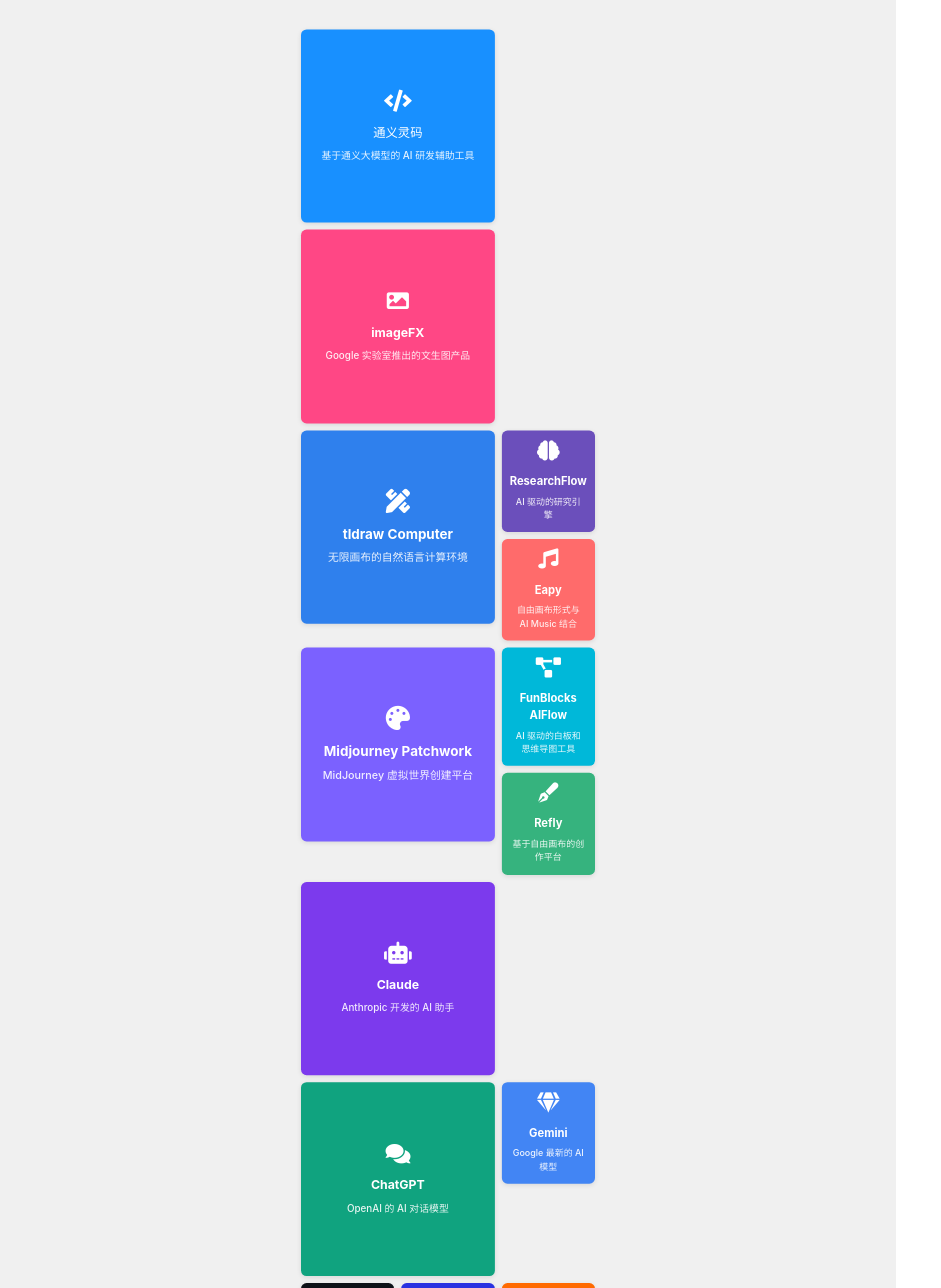
Repository: muyehub/ai-nav
Page: /
These files come from the project's save history. The page is drawn as it stood at one moment and after the next save; the edit follows.
The browser window is 1280 px wide. The page is 1280 px wide, then 1344 px, so the pictures cover 1344 px, including what lies to the right of the window. The pictures show the part of the page from y = 0 to 1840 px (the page is 3619 px tall before and 4116 px after), at 70% of full size.
The project was rebuilt for these pictures with package versions that can differ from the ones it lists, and the page was loaded fresh each time. Also part of the build but not shown: vite.config.ts.

Above is the page before, as saved 2025-02-25 14:49:58.

### index.html
<!DOCTYPE html>
<html lang="en">
  <head>
    <meta charset="UTF-8" />
    <link rel="icon" type="image/svg+xml" href="/vite.svg" />
    <meta name="viewport" content="width=device-width, initial-scale=1.0" />
    <title>Metro 导航</title>
    <link rel="stylesheet" href="https://cdnjs.cloudflare.com/ajax/libs/font-awesome/5.15.4/css/all.min.css">
  </head>
  <body>
    <div id="app"></div>
    <script type="module" src="/src/main.ts"></script>
  </body>
</html>

### src/App.vue
<template>
  <div class="container">
    <div class="grid">
      <NavCard
        title="通义灵码"
        description="基于通义大模型的 AI 研发辅助工具"
        icon="fas fa-code"
        bgColor="#1890ff"
        link="https://tongyi.aliyun.com/lingma"
        size="medium"
      />
      <NavCard
        title="imageFX"
        description="Google 实验室推出的文生图产品"
        icon="fas fa-image"
        bgColor="#FF4785"
        link="https://imagefx.google"
        size="medium"
      />
      <NavCard
        title="tldraw Computer"
        description="无限画布的自然语言计算环境"
        icon="fas fa-pencil-ruler"
        bgColor="#2F80ED"
        link="https://tldraw.com"
        size="large"
      />
      <NavCard
        title="ResearchFlow"
        description="AI 驱动的研究引擎"
        icon="fas fa-brain"
        bgColor="#6B4FBB"
        link="https://researchflow.ai"
      />
      <NavCard
        title="Eapy"
        description="自由画布形式与 AI Music 结合"
        icon="fas fa-music"
        bgColor="#FF6B6B"
        link="https://eapy.com"
      />
      <NavCard
        title="Midjourney Patchwork"
        description="MidJourney 虚拟世界创建平台"
        icon="fas fa-palette"
        bgColor="#7B61FF"
        link="https://www.midjourney.com"
        size="large"
      />
      <NavCard
        title="FunBlocks AIFlow"
        description="AI 驱动的白板和思维导图工具"
        icon="fas fa-project-diagram"
        bgColor="#00B8D9"
        link="https://funblocks.ai"
      />
      <NavCard
        title="Refly"
        description="基于自由画布的创作平台"
        icon="fas fa-pen-fancy"
        bgColor="#36B37E"
        link="https://refly.com"
      />
      <NavCard
        title="Claude"
        description="Anthropic 开发的 AI 助手"
        icon="fas fa-robot"
        bgColor="#7C3AED"
        link="https://claude.ai"
        size="medium"
      />
      <NavCard
        title="ChatGPT"
        description="OpenAI 的 AI 对话模型"
        icon="fas fa-comments"
        bgColor="#10A37F"
        link="https://chat.openai.com"
        size="medium"
      />
      <NavCard
        title="Gemini"
        description="Google 最新的 AI 模型"
        icon="fas fa-gem"
        bgColor="#4285F4"
        link="https://gemini.google.com"
      />
      <NavCard
        title="Copilot"
        description="微软和 OpenAI 的 AI 助手"
        icon="fas fa-terminal"
        bgColor="#0D1117"
        link="https://copilot.microsoft.com"
      />
      <NavCard
        title="文心一言"
        description="百度的 AI 对话模型"
        icon="fas fa-comment-dots"
        bgColor="#2932E1"
        link="https://yiyan.baidu.com"
      />
      <NavCard
        title="通义千问"
        description="阿里的 AI 对话模型"
        icon="fas fa-lightbulb"
        bgColor="#FF6A00"
        link="https://qianwen.aliyun.com"
      />
      <NavCard
        title="讯飞星火"
        description="科大讯飞的认知大模型"
        icon="fas fa-star"
        bgColor="#FF4D4F"
        link="https://xinghuo.xfyun.cn"
      />
      <NavCard
        title="Stable Diffusion"
        description="开源图像生成模型"
        icon="fas fa-paint-brush"
        bgColor="#7B61FF"
        link="https://stability.ai"
        size="large"
      />
      <NavCard
        title="Midjourney"
        description="AI 图像生成服务"
        icon="fas fa-image"
        bgColor="#1A1A1A"
        link="https://www.midjourney.com"
        size="medium"
      />
      <NavCard
        title="DALL·E"
        description="OpenAI 的图像生成模型"
        icon="fas fa-palette"
        bgColor="#FF4785"
        link="https://openai.com/dall-e-3"
      />
      <NavCard
        title="文心一格"
        description="百度的 AI 创作平台"
        icon="fas fa-magic"
        bgColor="#2932E1"
        link="https://yige.baidu.com"
      />
      <NavCard
        title="Runway"
        description="AI 视频生成和编辑"
        icon="fas fa-film"
        bgColor="#000000"
        link="https://runway.ml"
        size="large"
      />
      <NavCard
        title="Synthesia"
        description="AI 视频创作平台"
        icon="fas fa-video"
        bgColor="#6366F1"
        link="https://www.synthesia.io"
      />
      <NavCard
        title="Descript"
        description="AI 驱动的视频编辑器"
        icon="fas fa-edit"
        bgColor="#FF2D55"
        link="https://www.descript.com"
      />
      <NavCard
        title="Murf"
        description="AI 语音生成平台"
        icon="fas fa-microphone"
        bgColor="#7C3AED"
        link="https://murf.ai"
      />
      <NavCard
        title="Notion AI"
        description="集成 AI 的笔记工具"
        icon="fas fa-book"
        bgColor="#000000"
        link="https://notion.so"
        size="medium"
      />
      <NavCard
        title="Jasper"
        description="AI 写作助手"
        icon="fas fa-pen"
        bgColor="#FF7A00"
        link="https://www.jasper.ai"
      />
      <NavCard
        title="Copy.ai"
        description="AI 文案生成工具"
        icon="fas fa-copy"
        bgColor="#2563EB"
        link="https://www.copy.ai"
      />
      <NavCard
        title="Character.ai"
        description="AI 角色对话平台"
        icon="fas fa-user-circle"
        bgColor="#FF6B6B"
        link="https://character.ai"
        size="medium"
      />
    </div>
  </div>
</template>

<script setup lang="ts">
import NavCard from './components/NavCard.vue'
</script>

<style>
body {
  margin: 0;
  padding: 0;
  background-color: #f0f0f0;
  min-height: 100vh;
  font-family: -apple-system, BlinkMacSystemFont, 'Segoe UI', Roboto, Oxygen, Ubuntu, Cantarell, 'Open Sans', 'Helvetica Neue', sans-serif;
}

.container {
  padding: 10px;
  box-sizing: border-box;
  min-height: 100vh;
  width: 100%;
}

.grid {
  display: grid;
  grid-template-columns: repeat(auto-fit, minmax(120px, 1fr));
  gap: 10px;
  width: 100%;
  margin: 0 auto;
}

@media (max-width: 768px) {
  .grid {
    grid-template-columns: repeat(auto-fit, minmax(100px, 1fr));
    gap: 8px;
  }

  .container {
    padding: 8px;
  }
}
</style>

### src/components/NavCard.vue
<template>
  <a :href="link" class="nav-card" :class="size" :style="{ backgroundColor: bgColor }" target="_blank">
    <i :class="icon"></i>
    <h3>{{ title }}</h3>
    <p v-if="description">{{ description }}</p>
  </a>
</template>

<script setup lang="ts">
defineOptions({
  name: 'NavCard'
})

defineProps<{
  title: string
  description?: string
  icon: string
  bgColor: string
  link: string
  size?: 'small' | 'medium' | 'large'
}>()
</script>

<style scoped>
.nav-card {
  display: flex;
  flex-direction: column;
  align-items: center;
  justify-content: center;
  padding: 15px;
  color: white;
  text-decoration: none;
  border-radius: 8px;
  transition: transform 0.3s;
  aspect-ratio: 1;
  box-shadow: 0 2px 8px rgba(0, 0, 0, 0.1);
}

.nav-card:hover {
  transform: translateY(-5px);
  box-shadow: 0 5px 15px rgba(0, 0, 0, 0.2);
}

.large {
  grid-column: span 2;
  grid-row: span 2;
  font-size: 1.2em;
}

.medium {
  grid-column: span 2;
  font-size: 1.1em;
}

i { font-size: 1.8em; margin-bottom: 8px; }
h3 { margin: 8px 0; font-size: 1em; }
p { margin: 0; font-size: 0.8em; opacity: 0.9; text-align: center; }
</style>

Loaded but not shown: src/main.ts (common file); src/style.css (common file)

After the next save:
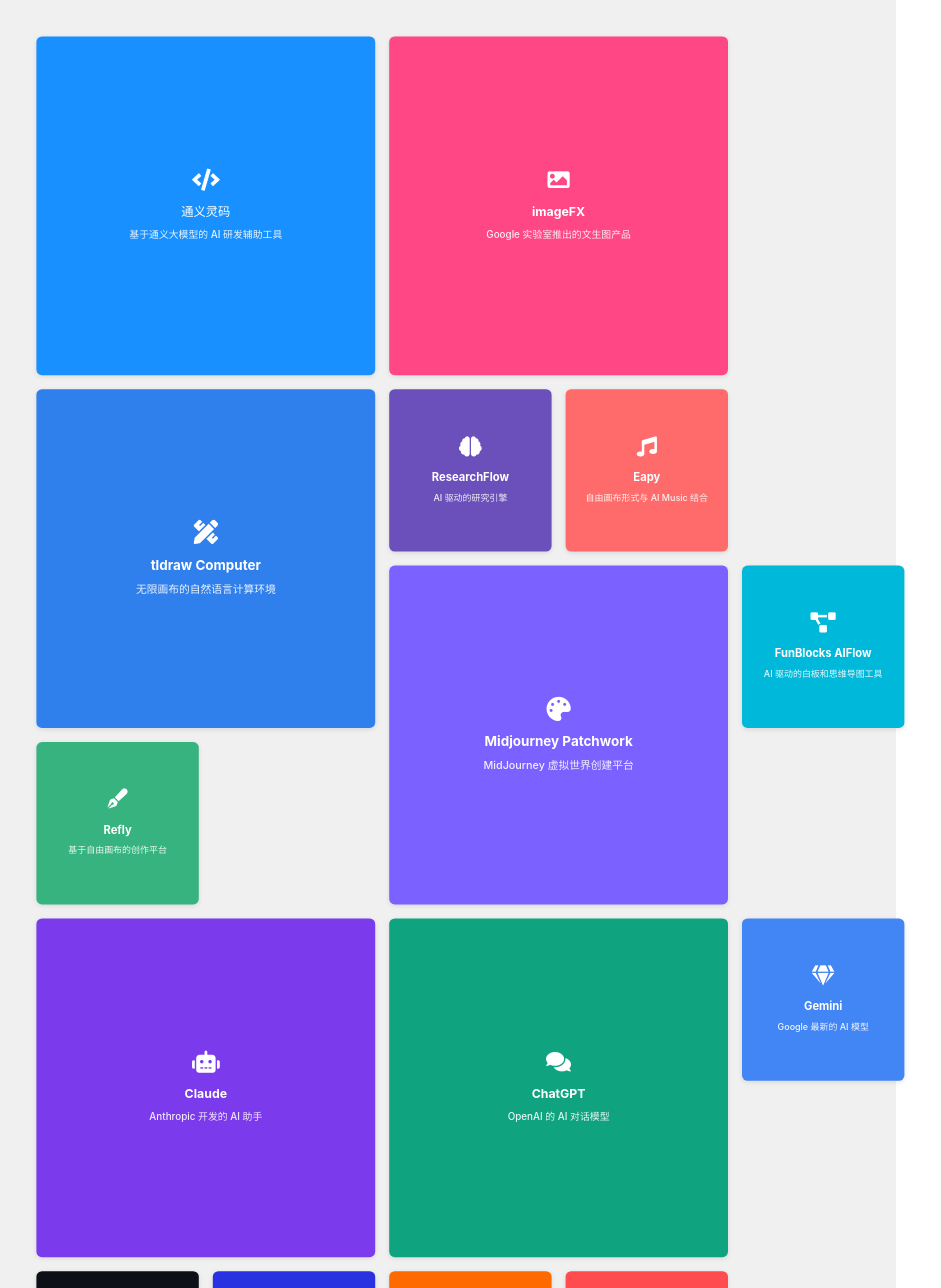
Saved 48 s later.
--- a/src/App.vue
+++ b/src/App.vue
@@ -219,7 +219,7 @@
 }
 
 .container {
-  padding: 10px;
+  padding: 20px;
   box-sizing: border-box;
   min-height: 100vh;
   width: 100%;
@@ -227,20 +227,36 @@
 
 .grid {
   display: grid;
-  grid-template-columns: repeat(auto-fit, minmax(120px, 1fr));
-  gap: 10px;
+  grid-template-columns: repeat(auto-fill, minmax(200px, 1fr));
+  gap: 20px;
   width: 100%;
+  max-width: 1800px;
   margin: 0 auto;
 }
 
+/* 平板设备 */
+@media (max-width: 1024px) {
+  .grid {
+    grid-template-columns: repeat(auto-fill, minmax(160px, 1fr));
+    gap: 15px;
+  }
+
+  .container {
+    padding: 15px;
+  }
+}
+
+/* 手机设备 */
 @media (max-width: 768px) {
   .grid {
-    grid-template-columns: repeat(auto-fit, minmax(100px, 1fr));
-    gap: 8px;
+    grid-template-columns: repeat(auto-fill, minmax(120px, 1fr));
+    gap: 10px;
   }
 
   .container {
-    padding: 8px;
+    padding: 10px;
   }
 }
 </style>
+
+    padding: 10px;
